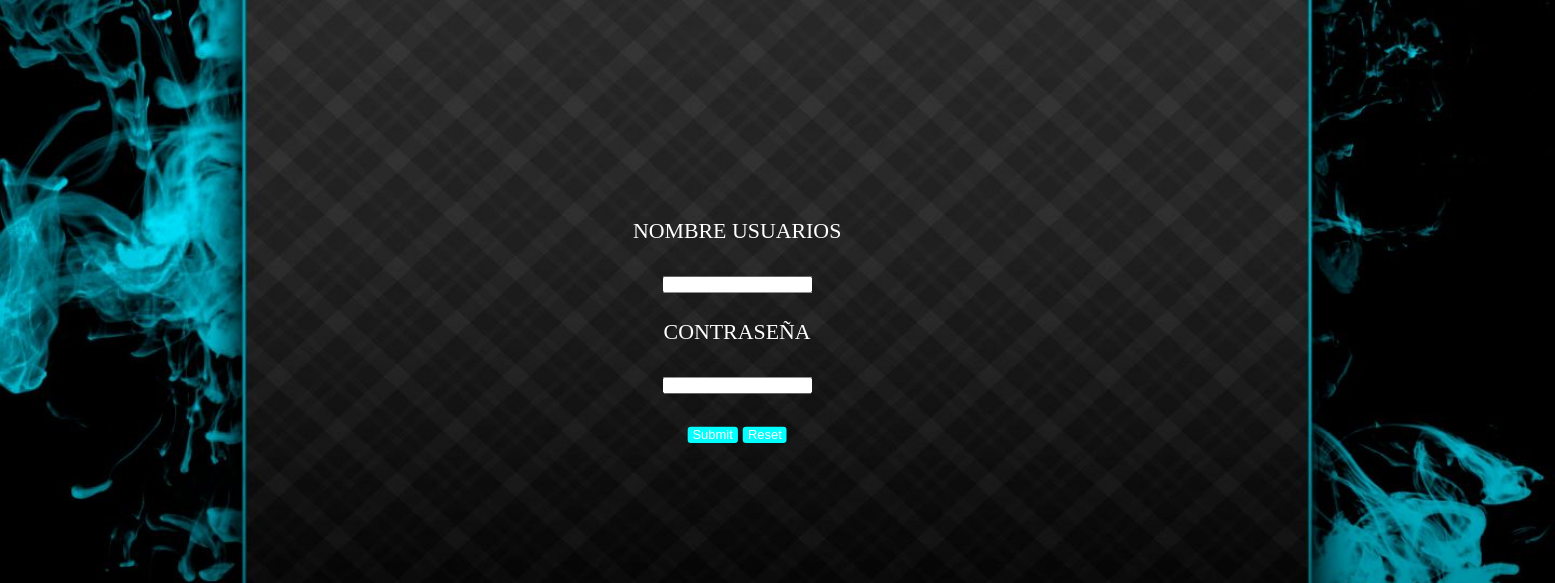
Repository: Gr0ot2/testing
Page: http://localhost/proyecto/acceso_pupilaje.jsp
An editor plug-in stored every save of this project. The page is shown before and after the next save, followed by the edit.
The browser window is 1920 px wide. The pictures show the whole page, at 81% of full size.
The page is served by Tomcat 9. Other server files are loaded and not shown.

Above is the page before, as saved 2023-05-24 08:01:17.

### proyecto_final/proyecto_final/proyecto/WebContent/acceso_pupilaje.jsp
<%@ page language="java" contentType="text/html; charset=ISO-8859-1"
    pageEncoding="ISO-8859-1"%>
<!DOCTYPE html>
<html>
<head>
<meta charset="ISO-8859-1">
<link href="acceso_pupilaje.css" type="text/css" rel="stylesheet">
<title>Insert title here</title>
</head>
<body>
<form action="acceso_pupilaje" method="post">
<div id="cuestionario">
<label id="label">NOMBRE USUARIOS</label>
<br><br>
<input name="user" type="text"/>
<br><br>
<label id="label">CONTRASEÑA</label>
<br><br>
<input name="password" type="text"/>
<br></br>
 <input name="enviar" type="submit" class="button"/>
 <input name="reset" type="reset" class="button"/>
 </div>
</form>


</body>
</html>

### proyecto_final/proyecto_final/proyecto/WebContent/acceso_pupilaje.css
@charset "ISO-8859-1";
@charset "ISO-8859-1";
@media screen and (max-width: 780px) {
body {
 background-image:url("img/fondo-de-caballos-jugando (1).jpg");

   background-size: cover;
  background-repeat: no-repeat;
  background-position: center top;
    text-decoration: none;
    padding: 20px;
    font-size: 20px;
    text-align: center;
}

#cuestionario{
bottom: 125px;
}

}
@media screen and (min-width:1900px) {
body{
  background-image: url("img/fondo_login.jpg");
  background-position: center top;
  background-repeat: no-repeat;
  background-attachment: fixed;
  background-size: cover;
  margin: 0; /* Asegura que no haya margen en el cuerpo de la página */
  padding: 0; /* Asegura que no haya relleno en el cuerpo de la página */
  text-decoration: none;
    padding: 20px;
    font-size: 20px;
    text-align: center;
    left: 50px;

}

#cuestionario{
position: relative;
top: 250px;
right: 50px;
font-size: 27px;
color: white;
}
.button{
 background-color: aqua;
  color: #fff;
  border: none;
  border-radius: 4px;
  font-size: 16px;
  cursor: pointer;
}

  }
@media screen and (max-width:1300px) {
body{
  background-image: url("img/fondo_login.jpg");
  background-position: center center;
  background-repeat: no-repeat;
  background-attachment: fixed;
  background-size: cover;
  margin: 0; /* Asegura que no haya margen en el cuerpo de la página */
  padding: 0; /* Asegura que no haya relleno en el cuerpo de la página */
  text-decoration: none;
    padding: 20px;
    font-size: 20px;
    text-align: center;
    left: 50px;

}

#cuestionario{
position: relative;
top: 450px;
right: 15px;
font-size: 25px;
}

  }

After the next save:
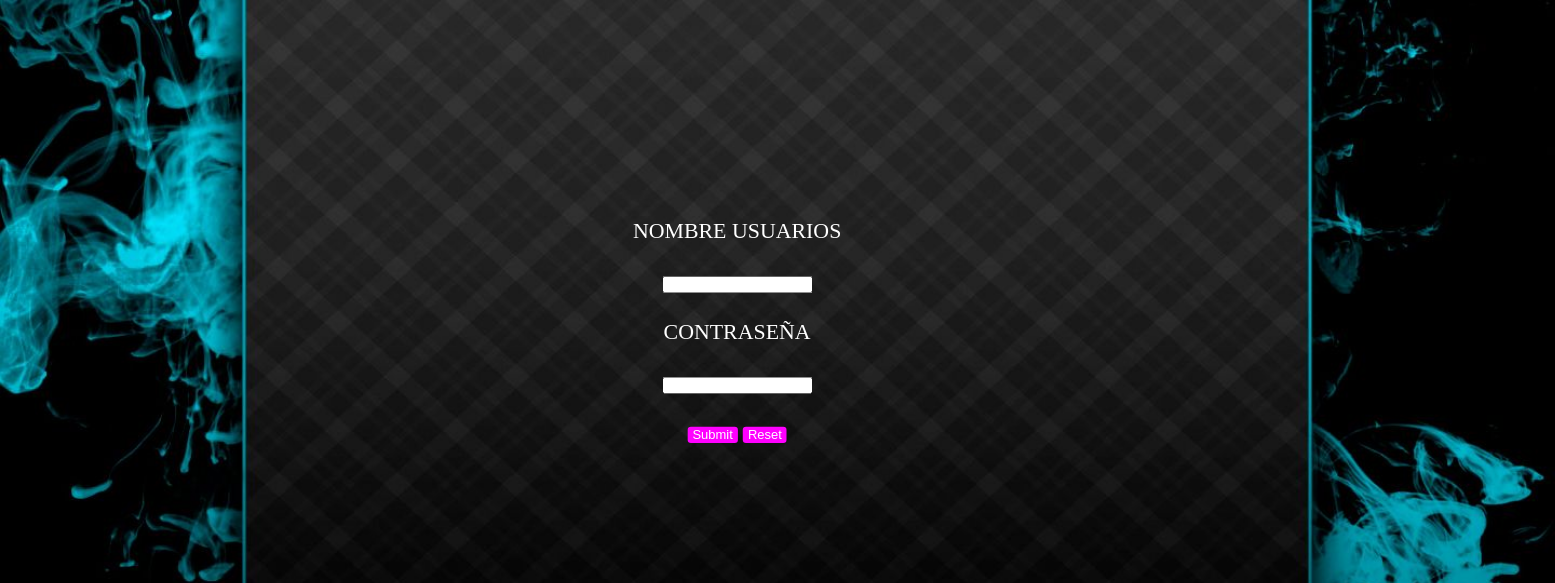
Saved 22 s later.
--- a/proyecto_final/proyecto_final/proyecto/WebContent/acceso_pupilaje.css
+++ b/proyecto_final/proyecto_final/proyecto/WebContent/acceso_pupilaje.css
@@ -43,7 +43,7 @@ font-size: 27px;
 color: white;
 }
 .button{
- background-color: aqua;
+ background-color: fuchsia;
   color: #fff;
   border: none;
   border-radius: 4px;
